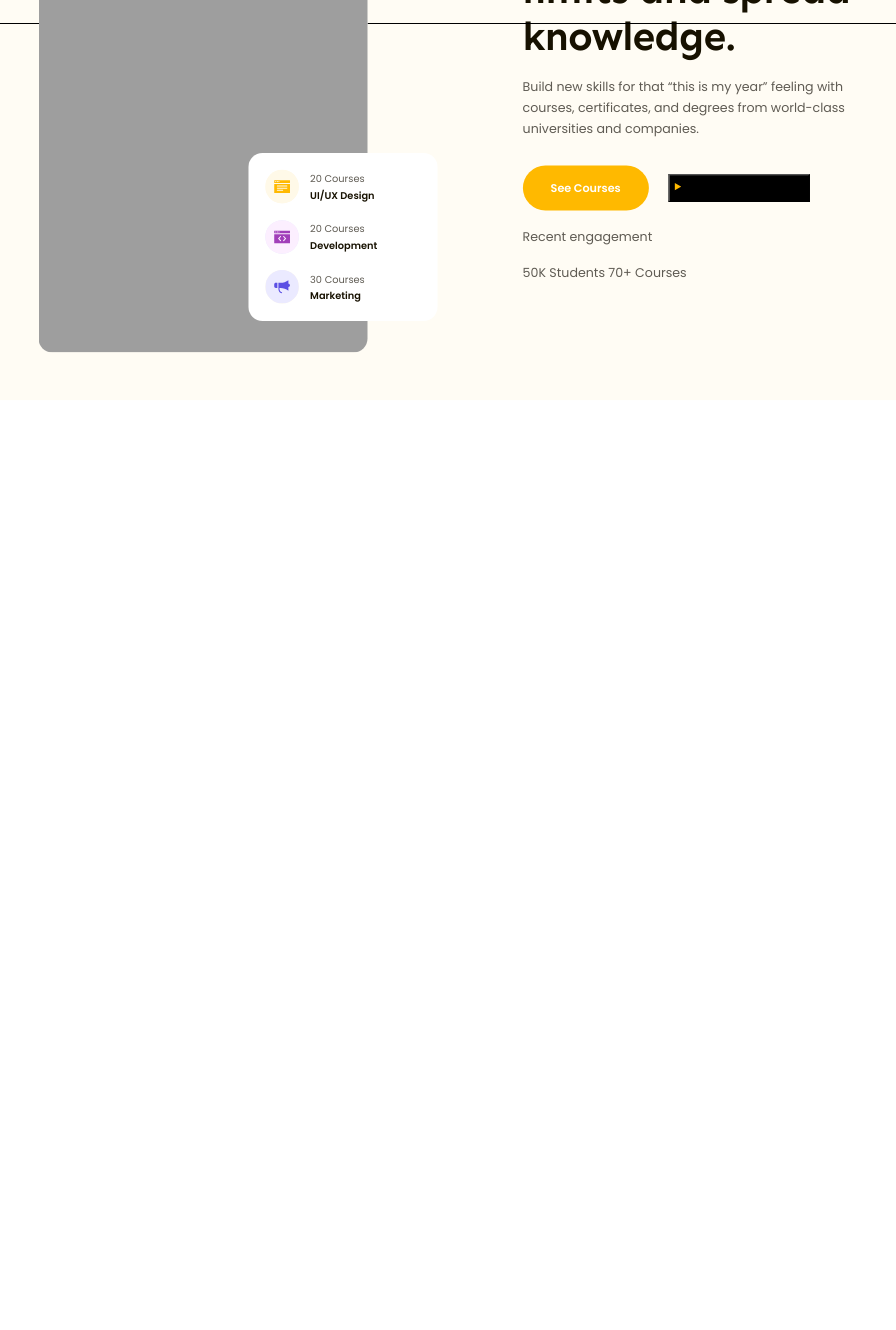
Repository: Toihoclaptrinh/duan1_figma
Page: index.html
The author's editor kept a copy of each file at every save. The page is drawn from the files as they stood at one save, then again after the next save.
The browser window is 1280 px wide. The pictures show the part of the page from y = 332 to 2232 px (the page is 10000 px tall), at 70% of full size.
Pictures or frames that could not be fetched are drawn as grey boxes.

Above is the page before, as saved 2024-02-04 19:43:31.

After the next save:
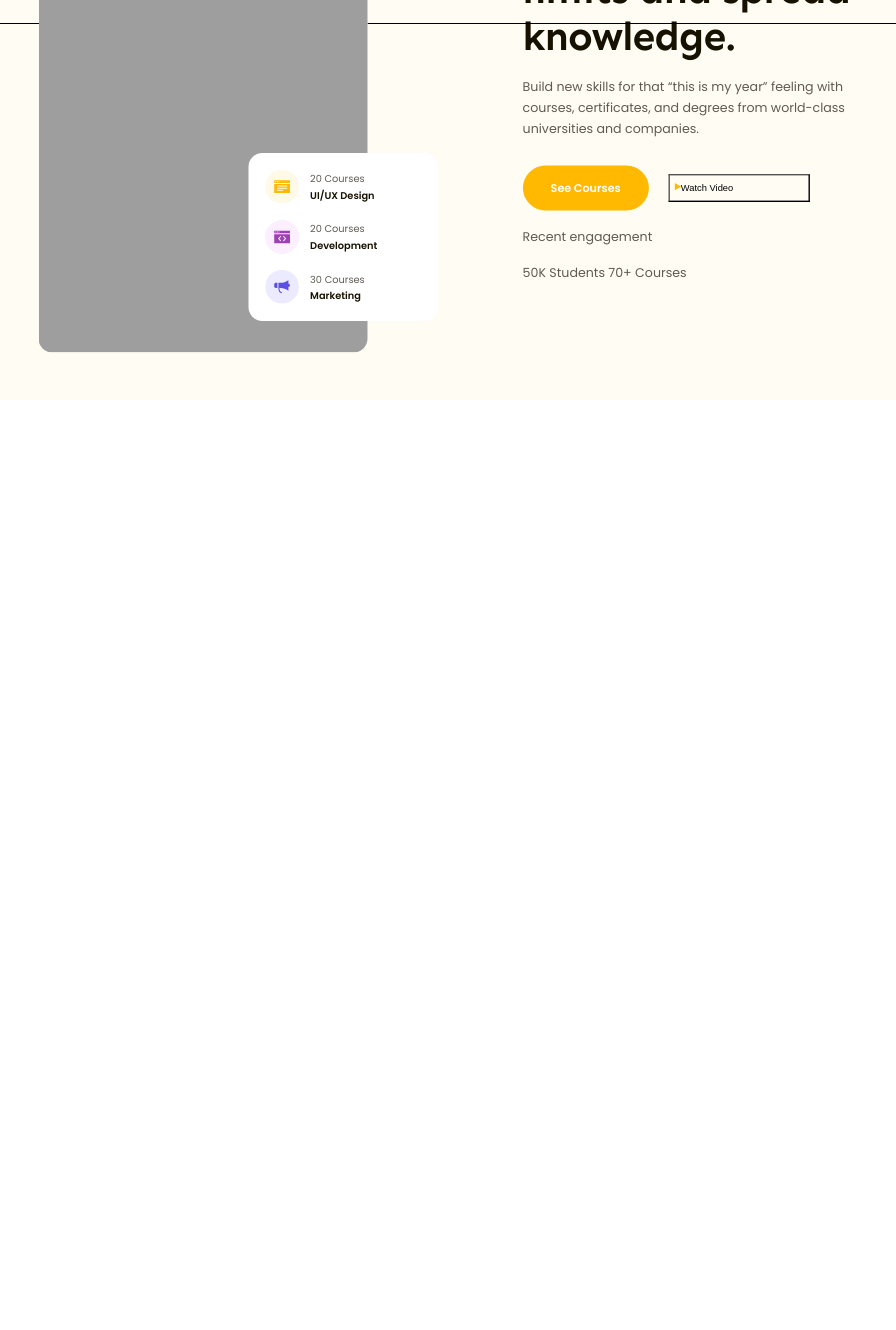
Saved 52 s later.
--- a/assets/css/style.css
+++ b/assets/css/style.css
@@ -230,5 +230,5 @@ a {
   align-items: center;
   width: 202px;
   height: 40px;
-  background-color: currentColor;
-}
+  background-color: transparent;
+}
